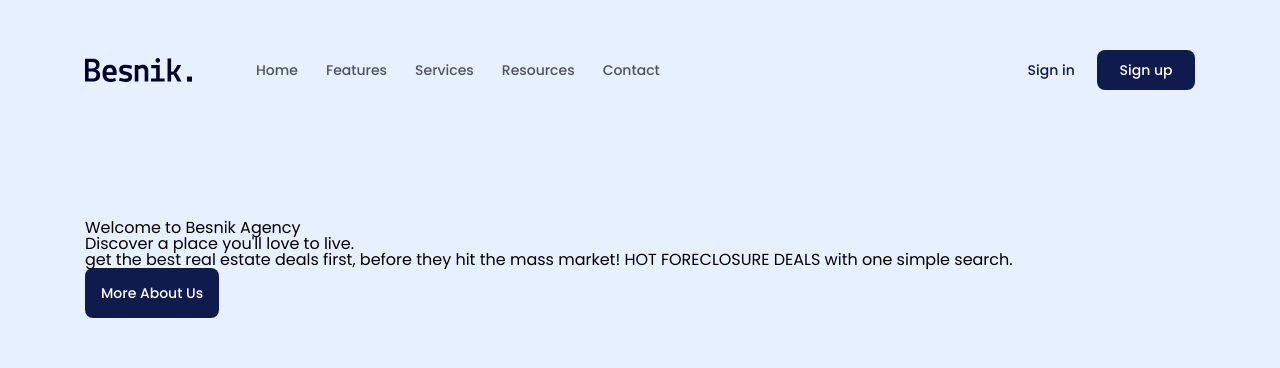
Repository: trungnguyen131/froject-01
Page: index.html
An editor plug-in stored every save of this project. The page is shown before and after a run of saves, followed by the edit.
The browser window is 1280 px wide. The pictures show the whole page.

Above is the page before, as saved 2024-02-25 23:32:09.

### index.html
<!DOCTYPE html>
<html lang="en">
<head>
    <meta charset="UTF-8">
    <meta name="viewport" content="width=device-width, initial-scale=1.0">
    <title>Project 01</title>
    <link rel="stylesheet" href="./assets/css/reset.css">
    <link rel="stylesheet" href="./assets/fonts/stylesheet.css">
    <link rel="stylesheet" href="./assets/css/style.css">
</head>
<body>
    <main>
        <!-- Header -->
        <header class="header">
            <div class="content">
                <nav class="navbar">
                    <!-- Logo -->
                    <img src="./assets/img/logo.svg" alt="Besnik.">
                    <!-- Navigation -->
                    <ul>
                        <li><a href="#!">Home</a></li>
                        <li><a href="#!">Features</a></li>
                        <li><a href="#!">Services</a></li>
                        <li><a href="#!">Resources</a></li>
                        <li><a href="#!">Contact</a></li>
                    </ul>
                    <!-- Action -->
                    <div class="actions">
                        <a href="#!" class="action-link">Sign in</a>
                        <a href="#!" class="btn action-btn">Sign up</a>
                    </div>
                </nav>
                <div class="hero">
                    <div class="info">
                        <p class="sub-title">Welcome to Besnik Agency</p>
                        <h1 class="title">Discover a place
                            you'll love to live.</h1>
                        <p class="desc">get the best real estate deals first,
                            before they hit the mass market! HOT FORECLOSURE DEALS with one simple search.</p>
                        <a href="#!" class="btn">More About Us</a>
                    </div>
                </div>
            </div>
        </header>
    </main>
</body>
</html>

### assets/fonts/stylesheet.css
/* ========================= Poppins =========================  */
@font-face {
    font-family: 'Poppins';
    src: url('Poppins/Poppins-SemiBold.woff2') format('woff2'),
        url('Poppins/Poppins-SemiBold.woff') format('woff');
    font-weight: 600;
    font-style: normal;
    font-display: swap;
}

@font-face {
    font-family: 'Poppins';
    src: url('Poppins/Poppins-Regular.woff2') format('woff2'),
        url('Poppins/Poppins-Regular.woff') format('woff');
    font-weight: normal;
    font-style: normal;
    font-display: swap;
}

@font-face {
    font-family: 'Poppins';
    src: url('Poppins/Poppins-MediumItalic.woff2') format('woff2'),
        url('Poppins/Poppins-MediumItalic.woff') format('woff');
    font-weight: 500;
    font-style: italic;
    font-display: swap;
}

@font-face {
    font-family: 'Poppins';
    src: url('Poppins/Poppins-Thin.woff2') format('woff2'),
        url('Poppins/Poppins-Thin.woff') format('woff');
    font-weight: 100;
    font-style: normal;
    font-display: swap;
}

@font-face {
    font-family: 'Poppins';
    src: url('Poppins/Poppins-ThinItalic.woff2') format('woff2'),
        url('Poppins/Poppins-ThinItalic.woff') format('woff');
    font-weight: 100;
    font-style: italic;
    font-display: swap;
}

@font-face {
    font-family: 'Poppins';
    src: url('Poppins/Poppins-Black.woff2') format('woff2'),
        url('Poppins/Poppins-Black.woff') format('woff');
    font-weight: 900;
    font-style: normal;
    font-display: swap;
}

@font-face {
    font-family: 'Poppins';
    src: url('Poppins/Poppins-Bold.woff2') format('woff2'),
        url('Poppins/Poppins-Bold.woff') format('woff');
    font-weight: bold;
    font-style: normal;
    font-display: swap;
}

@font-face {
    font-family: 'Poppins';
    src: url('Poppins/Poppins-SemiBoldItalic.woff2') format('woff2'),
        url('Poppins/Poppins-SemiBoldItalic.woff') format('woff');
    font-weight: 600;
    font-style: italic;
    font-display: swap;
}

@font-face {
    font-family: 'Poppins';
    src: url('Poppins/Poppins-BlackItalic.woff2') format('woff2'),
        url('Poppins/Poppins-BlackItalic.woff') format('woff');
    font-weight: 900;
    font-style: italic;
    font-display: swap;
}

@font-face {
    font-family: 'Poppins';
    src: url('Poppins/Poppins-ExtraBoldItalic.woff2') format('woff2'),
        url('Poppins/Poppins-ExtraBoldItalic.woff') format('woff');
    font-weight: bold;
    font-style: italic;
    font-display: swap;
}

@font-face {
    font-family: 'Poppins';
    src: url('Poppins/Poppins-ExtraBold.woff2') format('woff2'),
        url('Poppins/Poppins-ExtraBold.woff') format('woff');
    font-weight: bold;
    font-style: normal;
    font-display: swap;
}

@font-face {
    font-family: 'Poppins';
    src: url('Poppins/Poppins-ExtraLightItalic.woff2') format('woff2'),
        url('Poppins/Poppins-ExtraLightItalic.woff') format('woff');
    font-weight: 200;
    font-style: italic;
    font-display: swap;
}

@font-face {
    font-family: 'Poppins';
    src: url('Poppins/Poppins-ExtraLight.woff2') format('woff2'),
        url('Poppins/Poppins-ExtraLight.woff') format('woff');
    font-weight: 200;
    font-style: normal;
    font-display: swap;
}

@font-face {
    font-family: 'Poppins';
    src: url('Poppins/Poppins-BoldItalic.woff2') format('woff2'),
        url('Poppins/Poppins-BoldItalic.woff') format('woff');
    font-weight: bold;
    font-style: italic;
    font-display: swap;
}

@font-face {
    font-family: 'Poppins';
    src: url('Poppins/Poppins-Italic.woff2') format('woff2'),
        url('Poppins/Poppins-Italic.woff') format('woff');
    font-weight: normal;
    font-style: italic;
    font-display: swap;
}

@font-face {
    font-family: 'Poppins';
    src: url('Poppins/Poppins-Medium.woff2') format('woff2'),
        url('Poppins/Poppins-Medium.woff') format('woff');
    font-weight: 500;
    font-style: normal;
    font-display: swap;
}

@font-face {
    font-family: 'Poppins';
    src: url('Poppins/Poppins-LightItalic.woff2') format('woff2'),
        url('Poppins/Poppins-LightItalic.woff') format('woff');
    font-weight: 300;
    font-style: italic;
    font-display: swap;
}

@font-face {
    font-family: 'Poppins';
    src: url('Poppins/Poppins-Light.woff2') format('woff2'),
        url('Poppins/Poppins-Light.woff') format('woff');
    font-weight: 300;
    font-style: normal;
    font-display: swap;
}

### assets/css/style.css
* {
    box-sizing: border-box;
}

:root {
    --primary-color: #0f1b4c;
}

html {
    font-size: 62.5%;;
}

body {
    font-size: 1.6rem;
    font-family: 'Poppins', sans-serif;
}

/* Common */
a {
    text-decoration: none;
}
.content {
    width: 1110px;
    max-width: calc(100% - 48px);
    margin-left: auto;
    margin-right:auto;
}
.btn {
    min-width: 98px;
    background-color: var(--primary-color);
    border-radius: 8px;
    color: #FFF;
    text-align: center;
    font-size: 1.4rem;
    font-weight: 500;
    display: inline-block;
    padding: 18px 16px;
}
/* Header */
.header {
    height: 100vh;
    background: #E6F0FF;
}

.navbar {
    display: flex;
    align-items: center;
    padding-top: 50px;
}

.navbar ul {
    display: flex;
    margin-left: 50px;
}

.navbar .actions {
    margin-left: auto;
}

.navbar ul a {
    font-size: 1.4rem;
    font-weight: 500;
    color: #4F5361;
    padding: 8px 14px;
}

.navbar .action-link {
    font-size: 1.4rem;
    font-weight: 500;
    color: var(--primary-color);
}

.navbar .action-btn {
    padding: 13px 16px;
    margin-left: 18px;
}

.hero {
    margin-top: 130px;
}

.hero .sub-title {

}

Loaded but not shown: assets/css/reset.css (common file)

After the next 2 saves:
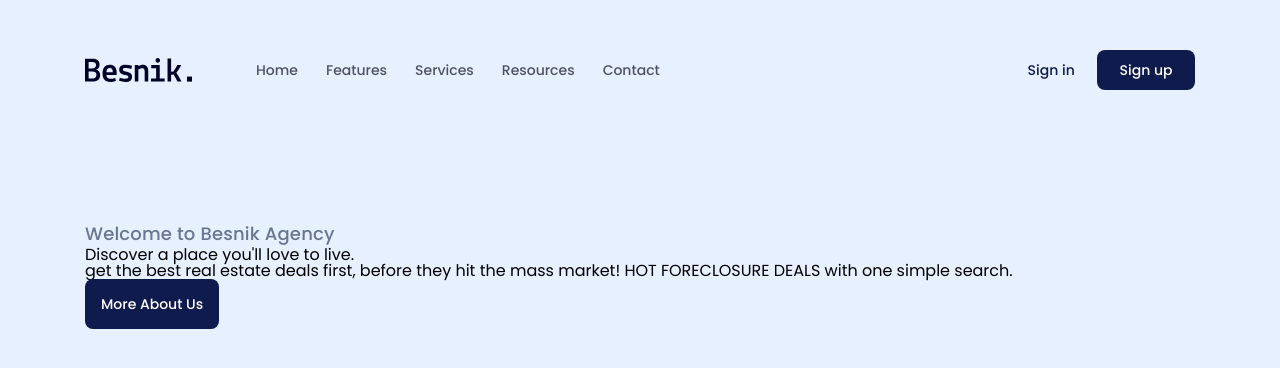
The 2 saves are shown as one change because they came seconds apart.
The last was saved 22 s later.
--- a/assets/css/style.css
+++ b/assets/css/style.css
@@ -80,5 +80,11 @@ a {
 }
 
 .hero .sub-title {
-
+    color: #687690;
+    font-family: Poppins;
+    font-size: 18px;
+    font-style: normal;
+    font-weight: 500;
+    line-height: normal;
+    letter-spacing: 0.18px;
 }
